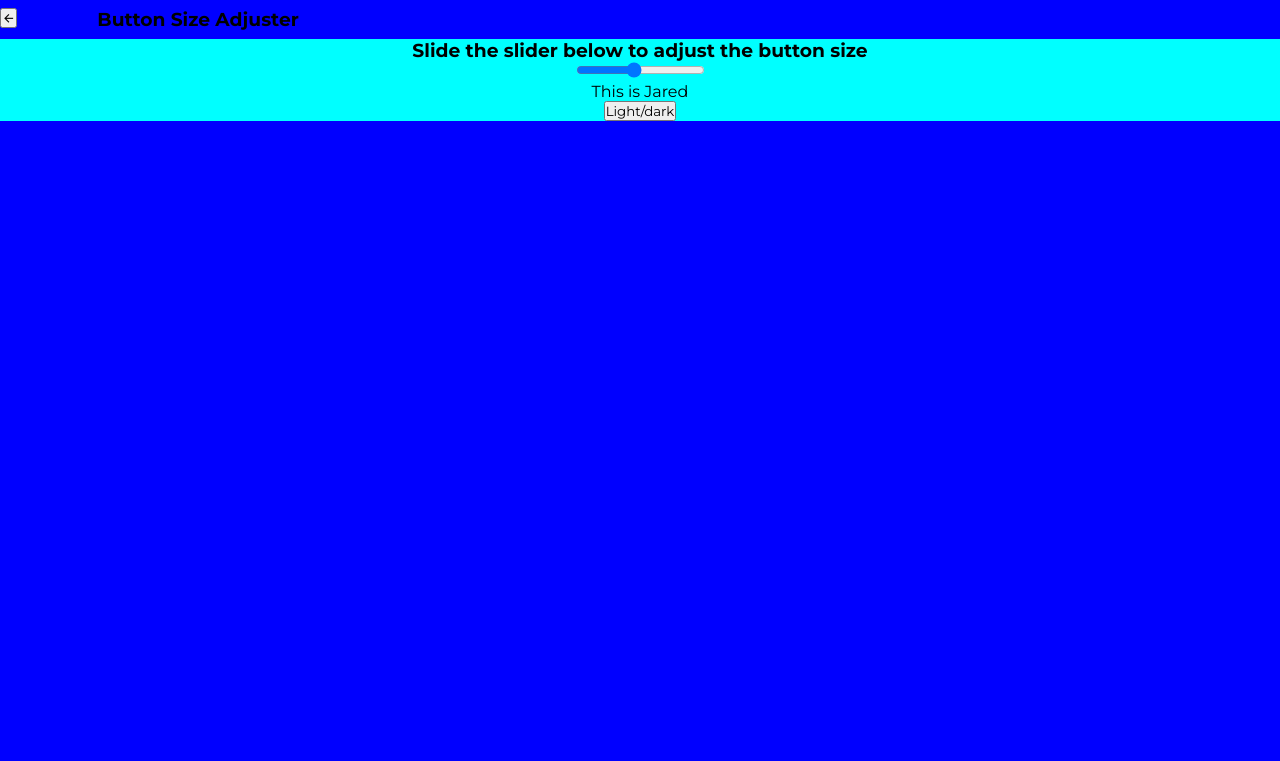
Repository: EguJaredoBoyd/Jared-Counter-App
Page: settings.html
The author's editor kept a copy of each file at every save. The page is drawn from the files as they stood at one save, then again after the next save.
The browser window is 1280 px wide. The pictures show the whole page.
After loading, the first visible `#display-mode` was clicked once.

Above is the page before, as saved 2025-12-03 16:55:37.
Console error: TypeError: Cannot set properties of null (setting 'textContent')

### settings.html
<!DOCTYPE html>
<html lang="en">

<head>
    <meta charset="UTF-8">
    <meta name="viewport" content="width=device-width, initial-scale=1.0">
    <title>Document</title>
    <link rel="preconnect" href="https://fonts.googleapis.com">
    <link rel="preconnect" href="https://fonts.gstatic.com" crossorigin>
    <link href="https://fonts.googleapis.com/css2?family=Montserrat:ital,wght@0,100..900;1,100..900&display=swap"
        rel="stylesheet">
    <link href="https://cdn.jsdelivr.net/npm/remixicon@4.2.0/fonts/remixicon.css" rel="stylesheet">
    <link rel="stylesheet" href="style.css">
    <script src="script.js" defer></script>
    <script src="toggle-script.js" defer></script>
    <script src="settings.js" defer></script>
</head>

<body>
    <header>
        <div class="header__div--adjuster">
            <a href="index.html"><button><i class="ri-arrow-left-line"></i></button></a>
            <h3>Button Size Adjuster</h3>
        </div>
    </header>

    <main>
        <div class="main__div--slider">
            <h3>Slide the slider below to adjust the button size</h3>
            <input type="range" min="10" max="100" value="50" id="font-size-slider">
            <p id="text-content">This is Jared</p>
            <button id="display-mode">Light/dark</button>
            <section></section>
        </div>
    </main>

</body>

</html>

### style.css
* {
    padding: 0;
    margin: 0;
    box-sizing: border-box;
    font-family: "Montserrat", sans-serif;

}

:root {
    --primary-color: #0d1b2a;
    --secondary-color: #e0e1dd;
}

body {
    display: flex;
    flex-direction: column;
    height: 100vh;
    justify-content: space-between;
}

header {
    display: flex;
    justify-content: space-between;
    background-color: red;
}

.header__button__ul--toggle-list {
    background-color: pink;
    position: absolute;
    top: 0;
    right: 0;
    width: 100%;
    height: 100vh;
    transform: translateX(100%);
    opacity: 0;
    pointer-events: none;
    transition: all 2s ease-in-out;
}

.header__button__ul--toggle-list.show {
    transform: translateX(0);
    opacity: 1;
    pointer-events: auto;
    animation: slideIn 3s;
    animation-fill-mode: forwards;
}

@keyframes slideIn {
    from {
        background-color: pink;
    }

    to {
        background-color: green;
    }

}

.header__div__ul--header {
    display: flex;
    justify-content: space-between;
    background-color: yellow;
    padding: 0.5rem 0;
}

li {
    display: flex;
    justify-content: space-between;
    margin: 1rem 1.5rem;
    gap: 5rem;
    background-color: skyblue;
}

.li__div--content {
    text-justify: inter-word;
    background-color: orange;
    width: 100%;
    max-width: 40%;
}

main {
    text-align: center;
    background-color: blue;
}

/* The settings style */
.header__div--adjuster {
    display: flex;
    width: 100%;
    max-width: 100%;
    column-gap: 5rem;
    background-color: blue;
    padding: 0.5rem 0;
}

.main__div--slider {
    background-color: aqua;
    margin-bottom: 50%;
}

.light-or-dark-mode {
    background-color: maroon;
}

footer {
    text-align: center;
    background-color: green;
}

### script.js
//Get the last number clicked
let numberCount = Number(localStorage.getItem('increment')) || 0;

//Get last button clicked once the browser loads
let savedColor = localStorage.getItem('color');
let savedColor2 = localStorage.getItem('color2');
let savedColor3 = localStorage.getItem('color3')

let numberIncrement = document.querySelector('#increment');
let numberDecrement = document.getElementById('decrement');
let numberReset = document.querySelector('#reset');
let startCount = document.getElementById('start-count');

//Loads the the page with the last clicked number
startCount.textContent = numberCount;

//Uses the saved colour as a variable for the string 'red'
if (savedColor) {
    numberIncrement.style.backgroundColor = savedColor;
}
if (savedColor2) {
    numberDecrement.style.backgroundColor = savedColor2
}
if (savedColor3) {
    numberReset.style.backgroundColor = savedColor3;
}



numberIncrement.addEventListener('click', () => {
    let incrementColor = numberIncrement.style.backgroundColor = 'red';

    //Reset the other button colours
    numberDecrement.style.background = '';
    numberReset.style.background = '';

    //Save the color so it reminds user of last button clicked
    localStorage.setItem('color', incrementColor)
    //Remove colour storage for other buttons
    localStorage.removeItem('color2')
    localStorage.removeItem('color3')

    let counting = startCount.textContent = numberCount += 1;
    if (counting > 0) {
        startCount.style.color = 'green'
    }
    else if (counting === 0) {
        startCount.style.color = 'black';
    }
    if (numberCount < 0) {
        startCount.style.color = 'red'
    }

    //Save the number count to the localStorage
    localStorage.setItem('increment', numberCount);

})
numberDecrement.addEventListener('click', () => {
    let decrementColor = numberDecrement.style.backgroundColor = 'yellow';

    //Reset the other button colours
    numberIncrement.style.backgroundColor = '';
    numberReset.style.backgroundColor = '';

    //Save the color so it reminds user of last button clicked
    localStorage.setItem('color2', decrementColor)
    //Remove colour storage for other buttons
    localStorage.removeItem('color');
    localStorage.removeItem('color3')

    let negativeCounting = startCount.textContent = numberCount -= 1;
    if (negativeCounting < 0) {
        startCount.style.color = 'red'
    }
    else if (negativeCounting === 0) {
        startCount.style.color = 'black'
    }
    localStorage.setItem('increment', numberCount);
})
numberReset.addEventListener('click', () => {
    let resetColor = numberReset.style.backgroundColor = 'Blue';

    //Reset the other button colours
    numberIncrement.style.backgroundColor = '';
    numberDecrement.style.backgroundColor = '';

    //Save the color so it reminds user of last button clicked
    localStorage.setItem('color3', resetColor)
    //Remove colour storage for other buttons
    localStorage.removeItem('color');
    localStorage.removeItem('color2');

    let resetCounting = startCount.textContent = numberCount = 0;
    if (resetCounting === 0) {
        startCount.style.color = 'black'
    }
    localStorage.setItem('increment', numberCount);
})

### toggle-script.js
//Target the toggle button
let toggleButton = document.getElementById('toggle-button');
let toggleList = document.getElementById('toggle-list');
let toggleButtonClose = document.getElementById('toggle-button-close');


//Toggle the button to show the list
toggleButton.addEventListener('click', () => {
    toggleList.classList.toggle('show');
})

//Toggle the close button to remove list
toggleButtonClose.addEventListener('click', () => {
    toggleList.classList.toggle('show');
})

### settings.js
//Target all buttons for slider
let fontSizeSlider = document.getElementById('font-size-slider');
let textContent = document.getElementById('text-content');

//Target all buttons for light and dark mode
let displayMode = document.getElementById('display-mode');
let documentBody = document.body;

//Manipulate the slider to change font size
fontSizeSlider.addEventListener('input', () => {
    let sizeOfFont = `${fontSizeSlider.value}px`;
    textContent.style.fontSize = sizeOfFont;

})

//Switch to light or dark mode
displayMode.addEventListener('click', () => {
    `<p>Hello</p>`;
})

After the next save:
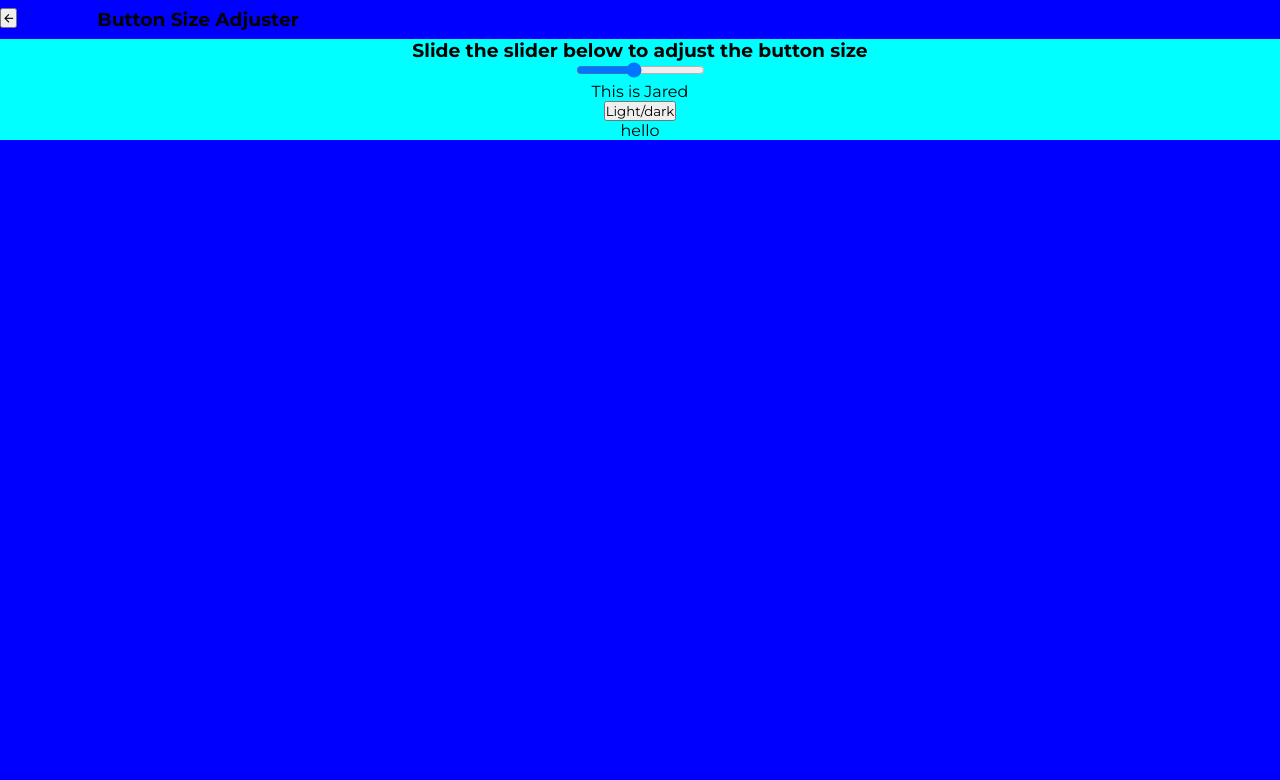
Saved 73 s later.
--- a/settings.js
+++ b/settings.js
@@ -15,5 +15,5 @@ fontSizeSlider.addEventListener('input', () => {
 
 //Switch to light or dark mode
 displayMode.addEventListener('click', () => {
-    `<p>Hello</p>`;
+    document.querySelector('section').innerText = 'hello';
 })
